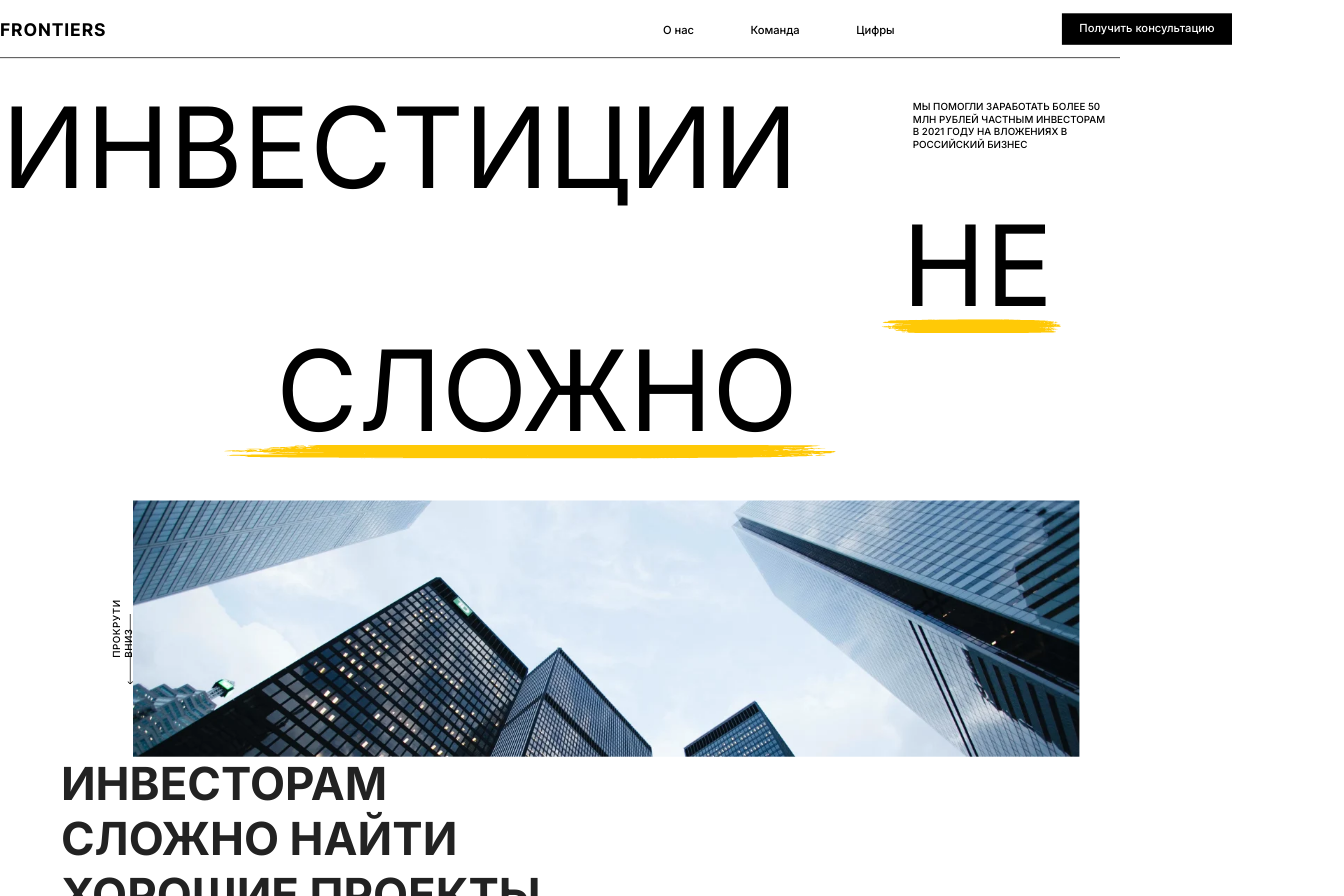
Repository: NadyaKorvin/frontiers
Page: /
An editor plug-in stored every save of this project. The page is shown before and after the next save, followed by the edit.
The browser window is 1280 px wide. The page is 1920 px wide, so the pictures cover 1920 px, including what lies to the right of the window. The pictures show the part of the page from y = 0 to 1280 px (the page is 2633 px tall), at 70% of full size.
The project was rebuilt for these pictures with package versions that can differ from the ones it lists, and the page was loaded fresh each time.

Above is the page before, as saved 2022-05-26 16:47:27.

### public/index.html
<!DOCTYPE html>
<html lang="en">
  <head>
    <meta charset="utf-8" />
    <link rel="icon" href="%PUBLIC_URL%/favicon.ico" />
    <meta name="viewport" content="width=device-width, initial-scale=1" />
    <meta name="theme-color" content="#000000" />
    <meta name="description" content="Web site created using create-react-app" />
    <link rel="apple-touch-icon" href="%PUBLIC_URL%/logo192.png" />
    <link rel="manifest" href="%PUBLIC_URL%/manifest.json" />
    <link rel="preconnect" href="https://fonts.googleapis.com" />
    <link rel="preconnect" href="https://fonts.gstatic.com" crossorigin />
    <link href="https://fonts.googleapis.com/css2?family=Inter:wght@300;400;500;700&display=swap" rel="stylesheet" />
    <title>FRONTIERS</title>
  </head>
  <body>
    <noscript>You need to enable JavaScript to run this app.</noscript>
    <div id="root"></div>
  </body>
</html>

### src/index.js
import React from "react"
import ReactDOM from "react-dom/client"

import App from "./App"

const root = ReactDOM.createRoot(document.getElementById("root"))
root.render(
  <React.StrictMode>
    <App />
  </React.StrictMode>
)

### src/App.js
import { useState } from "react";
import "./App.css";
import { SecondScreenAnimation } from "./components/secondScreen/SecondScreenAnimation";
import FirstScreen from "./components/firstScreen/FirstScreen";
import LastScreen from "./components/lastScreen/LastScreen";

function App() {
  const [mousePosition, setMousePosition] = useState("");

  const listenUpperMousePosition = (event) => {
    console.log(event);
    console.log(event.target);
    setMousePosition(event.target);
  };

  return (
    <>
      <FirstScreen />
      <div className="App">
        <SecondScreenAnimation listenMousePosition={listenUpperMousePosition} />
      </div>
      <LastScreen />
    </>
  );
}
export default App;

### src/App.css
@import url("./reset.css");
@import url("./components/secondScreen/SecondScreen.css");
@import url("./font/font.css");
@import url("./components/firstScreen/FirstScreen.css");
@import url("./components/lastScreen/LastScreen.css");
@import url("./components/button/Button.css");
@import url("./components/form/Form.css");

body {
  font-family: "Inter";
}

### src/components/secondScreen/SecondScreenAnimation.js
export function SecondScreenAnimation({ listenMousePosition, mousePosition }) {
  let goUp = ""
  const goUpBlackLines = (mousePosition) => {
    if (mousePosition === "animation__text_first_part") {
      goUp = "up"
      return goUp
    }
  }
  goUpBlackLines(mousePosition)
  console.log(goUp)
  return (
    <div className="animation__text_block">
      {goUp != "up" ? (
        <div>
          <div className="animation__text" onMouseOver={listenMousePosition}>
            <p className="animation__text_first_part">Инвесторам сложно найти хорошие проекты,</p>
            <p className="animation__text_second_part">а хорошим проектам — инвестиции.</p>
          </div>
          <div className="animation__black_lines">
            <div className="animation__1th_black_line"></div>
            <div className="animation__2th_black_line"></div>
            <div className="animation__3th_black_line"></div>
          </div>
        </div>
      ) : (
        <div>
          <div className="animation__text" onMouseOver={listenMousePosition}>
            <p className="animation__text_first_part" style={{ color: "#fff" }}>
              Инвесторам сложно найти хорошие проекты,
            </p>
            <p className="animation__text_second_part" style={{ color: "#000" }}>
              а хорошим проектам — инвестиции.
            </p>
          </div>
          <div className="animation__black_lines">
            <div className="animation__1th_black_line" style={{ width: "484px", marginTop: "-475px" }}></div>
            <div className="animation__2th_black_line" style={{ width: "586px" }}></div>
            <div className="animation__3th_black_line" style={{ width: "722px" }}></div>
          </div>
        </div>
      )}
    </div>
  )
}

### src/components/firstScreen/FirstScreen.js
import React from "react";
import image from "./image.webp";

export default function firstScreen() {
  const pointer = (
    <svg
      width="8"
      height="101"
      viewBox="0 0 8 101"
      fill="none"
      xmlns="http://www.w3.org/2000/svg"
    >
      <path
        d="M4.35355 100.356C4.15829 100.551 3.84171 100.551 3.64645 100.356L0.464466 97.1735C0.269204 96.9783 0.269204 96.6617 0.464466 96.4664C0.659728 96.2712 0.976311 96.2712 1.17157 96.4664L4 99.2948L6.82843 96.4664C7.02369 96.2712 7.34027 96.2712 7.53553 96.4664C7.7308 96.6617 7.7308 96.9783 7.53553 97.1735L4.35355 100.356ZM3.5 100.002L3.5 0.00195312H4.5L4.5 100.002H3.5Z"
        fill="black"
      />
    </svg>
  );

  return (
    <>
      <section className="firstscreen">
        <header className="firstscreen__header">
          <div className="firstscreen__logotype">FRONTIERS</div>
          <div className="firstscreen__menu">
            <div className="firstscreen__nav">
              <nav className="firstscreen__nav_team">
                <ul>О нас</ul>
                <ul>Команда</ul>
                <ul>Цифры</ul>
              </nav>
            </div>
            <div className="firstscreen__button">
              <p className="firstscreen__text_btn">Получить консультацию</p>
            </div>
          </div>
        </header>
        <div className="firstscreen__content">
          <div className="firstscreen__content_left_text">
            <p>ИНВЕСТИЦИИ</p>
            <div>
              <p>СЛОЖНО</p>
              <div className="firstscreen__content_vector_complex" />
            </div>
          </div>
          <div className="firstscreen__content_rihgt_text">
            <div className="firstscreen__content_rihgt_text_up">
              <p>
                Мы помогли заработать более 50 млн рублей частным инвесторам в
                2021 году на вложениях в российский бизнес
              </p>
            </div>
            <div className="firstscreen__content_rihgt_text_down">
              <p>НЕ</p>
              <div className="firstscreen__content_vector_not" />
            </div>
          </div>
        </div>
        <div className="firstscreen__content_bottom_content">
          <div className="firstscreen__content_bottom_content_left">
            <div className="firstscreen__content_bottom_content_left_scrolldown">
              <p>ПРОКРУТИ ВНИЗ</p>
            </div>
            <div className="firstscreen__content_pointer">{pointer}</div>
          </div>
          <div className="firstscreen__content_bottom_content_right"></div>
          <img src={image} alt="" className="firstscreen__img" />
        </div>
      </section>
    </>
  );
}

### src/components/lastScreen/LastScreen.js
import React from "react";
import Form from "../form/Form"
import LogoKojo from "./LogoKojo"

export default function LastScreen() {
  return (
    <>
      <section className="lastscreen">
        <div className="lastscreen__wrapper">
          <div className="lastscreen__left_content">
            <p>
              ОТПРАВЬТЕ НАМ ЗАЯВКУ НА КОНСУЛЬТАЦИЮ И МЫ ПОДБЕРЕМ ДЛЯ ВАС
              НАИБОЛЕЕ ПОДХОДЯЩУЮ СТРАТЕГИЮ
            </p>
          </div>
          <div className="lastscreen__right_content">
            <div className="lastscreen__text_form">
              <p>ЗАПОЛНИТЕ ФОРМУ И МЫ С ВАМИ СВЯЖЕМСЯ В БЛИЖАЙШЕЕ ВРЕМЯ</p>
            </div>
            <Form />
          </div>
        </div>
        <footer className="lastscreen__footer">
          <div className="lastscreen__contact">
            <p>КОНТАКТЫ</p>
            <p>Санкт-Петербург, Невский пр-кт, 71 (5 этаж)</p>
            <p>+7 000 987 6543</p>
            <p><a href="mailto:info@frontiers.ru" >info@frontiers.ru</a></p>
          </div>
          <div className="lastscreen__design">
            <p>Дизайн и разработка</p>
            <LogoKojo />
          </div>
          <div className="lastscreen__frontiers">
            <p>FRONTIERS</p>
            <p>Политика конфиденциальности</p>
            <p>© 2022 Frontiers Group</p>
          </div>
        </footer>
      </section>
    </>
  );
}

### src/reset.css
html,
body,
div,
span,
applet,
object,
iframe,
h1,
h2,
h3,
h4,
h5,
h6,
p,
blockquote,
pre,
a,
abbr,
acronym,
address,
big,
cite,
code,
del,
dfn,
em,
img,
ins,
kbd,
q,
s,
samp,
small,
strike,
strong,
sub,
sup,
tt,
var,
b,
u,
i,
center,
dl,
dt,
dd,
ol,
ul,
li,
fieldset,
form,
label,
legend,
table,
caption,
tbody,
tfoot,
thead,
tr,
th,
td,
article,
aside,
canvas,
details,
embed,
figure,
figcaption,
footer,
header,
hgroup,
menu,
nav,
output,
ruby,
section,
summary,
time,
mark,
audio,
video {
  margin: 0;
  padding: 0;
  border: 0;
  font-size: 100%;
  font: inherit;
  vertical-align: baseline;
}

:focus {
  outline: 0;
}

article,
aside,
details,
figcaption,
figure,
footer,
header,
hgroup,
menu,
nav,
section {
  display: block;
}

body {
  line-height: 1;
}

ol,
ul {
  list-style: none;
}

blockquote,
q {
  quotes: none;
}

blockquote:before,
blockquote:after,
q:before,
q:after {
  content: "";
  content: none;
}

table {
  border-collapse: collapse;
  border-spacing: 0;
}

input[type="search"]::-webkit-search-cancel-button,
input[type="search"]::-webkit-search-decoration,
input[type="search"]::-webkit-search-results-button,
input[type="search"]::-webkit-search-results-decoration {
  -webkit-appearance: none;
  -moz-appearance: none;
}

input[type="search"] {
  -webkit-appearance: none;
  -moz-appearance: none;
  -webkit-box-sizing: content-box;
  -moz-box-sizing: content-box;
  box-sizing: content-box;
}

textarea {
  overflow: auto;
  vertical-align: top;
  resize: vertical;
}

[hidden] {
  display: none;
}

html {
  font-size: 100%; /* 1 */
  -webkit-text-size-adjust: 100%; /* 2 */
  -ms-text-size-adjust: 100%; /* 2 */
}

a:focus {
  outline: thin dotted;
}

a:active,
a:hover {
  outline: 0;
}

img {
  border: 0;
  -ms-interpolation-mode: bicubic;
}

figure {
  margin: 0;
}

form {
  margin: 0;
}

fieldset {
  border: 1px solid #c0c0c0;
  margin: 0 2px;
  padding: 0.35em 0.625em 0.75em;
}

legend {
  border: 0; /* 1 */
  padding: 0;
  white-space: normal; /* 2 */
  *margin-left: -7px; /* 3 */
}

button,
input,
select,
textarea {
  font-size: 100%; /* 1 */
  margin: 0; /* 2 */
  vertical-align: baseline; /* 3 */
  *vertical-align: middle; /* 3 */
}

button,
input {
  line-height: normal;
}

button,
select {
  text-transform: none;
}

button,
html input[type="button"], /* 1 */
input[type="reset"],
input[type="submit"] {
  -webkit-appearance: button; /* 2 */
  cursor: pointer; /* 3 */
  *overflow: visible; /* 4 */
}

button[disabled],
html input[disabled] {
  cursor: default;
}

input[type="checkbox"],
input[type="radio"] {
  box-sizing: border-box; /* 1 */
  padding: 0; /* 2 */
  *height: 13px; /* 3 */
  *width: 13px; /* 3 */
}

input[type="search"] {
  -webkit-appearance: textfield; /* 1 */
  -moz-box-sizing: content-box;
  -webkit-box-sizing: content-box; /* 2 */
  box-sizing: content-box;
}

input[type="search"]::-webkit-search-cancel-button,
input[type="search"]::-webkit-search-decoration {
  -webkit-appearance: none;
}

button::-moz-focus-inner,
input::-moz-focus-inner {
  border: 0;
  padding: 0;
}

textarea {
  overflow: auto; /* 1 */
  vertical-align: top; /* 2 */
}

table {
  border-collapse: collapse;
  border-spacing: 0;
}

html,
button,
input,
select,
textarea {
  color: #222;
}

::-moz-selection {
  background: #b3d4fc;
  text-shadow: none;
}

::selection {
  background: #b3d4fc;
  text-shadow: none;
}

img {
  vertical-align: middle;
}

fieldset {
  border: 0;
  margin: 0;
  padding: 0;
}

textarea {
  resize: vertical;
}

.chromeframe {
  margin: 0.2em 0;
  background: #ccc;
  color: #000;
  padding: 0.2em 0;
}

### src/components/secondScreen/SecondScreen.css
.second__screen {
  display: flex;
  justify-content: space-between;
  margin: 0 auto;
  margin-top: 174px;
  /* придкмать решение сделать по центру*/
  display: flex;
  width: 1600px;
  height: 733px;
}

.animation__text_block {
  display: block;
  margin-left: 87px;
}

.animation__text_first_part,
.animation__text_second_part {
  width: 770px;
  text-transform: uppercase;
  font-size: 65px;
  font-weight: 700;
  line-height: 79px;
  transition: 0.6s ease-out;
}

.animation__text_second_part {
  color: #fff;
}

.animation__black_lines {
  margin-left: -10px;
  margin-top: -236px;
}

.animation__1th_black_line {
  margin-bottom: 5px;
  height: 75px;
  width: 444px;
  background-color: #000;
  transition: 0.6s ease-out;
}

.animation__2th_black_line {
  margin-bottom: 5px;
  height: 75px;
  width: 475px;
  background-color: #000;
  transition: 0.6s ease-out;
}
.animation__3th_black_line {
  height: 75px;
  width: 502px;
  background-color: #000;
  transition: 0.6s ease-out;
}

.right__part {
  display: flex;
  margin-left: 190px;
  flex-direction: column;
}

.conversation__image {
  margin-right: 222px;
  display: block;
  width: 400px;
  height: 400px;
  background: url("../secondScreen/people.png");
}

.decoration_marks {
  margin-top: -110px;
  transform: rotate(-180deg);
  font-size: 200px;
  font-weight: 300;
}

.text_paragraph {
  margin-left: 90px;
  width: 431px;
  font-size: 18px;
  font-weight: 400;
  line-height: 23px;
  text-transform: uppercase;
  line-height: 130%;
}

### src/font/font.css
@font-face {
  font-family: "Inter";
  src:
    url("./Inter-Bold.ttf") format("truetype")
    url("./Inter-Bold.woff2") format("woff2"),
    url("./Inter-Bold.woff") format("woff");
  font-weight: 700;
  font-style: normal;
  font-stretch: normal;
  unicode-range: U+0020-E0D0;
}

@font-face {
  font-family: "Inter";
  src:
    url("./Inter-Regular.woff2") format("woff2"),
    url("./Inter-Regular.ttf") format("truetype")
    url("./Inter-Regular.woff") format("woff");
  font-weight: 400;
  font-style: normal;
  font-stretch: normal;
  unicode-range: U+0020-E0D0;
}

@font-face {
    font-family:'Inter Medium';
    src:
        url("./Inter-Medium.ttf") format("truetype")
        url('Inter-Medium.woff2') format('woff2'),
		url('Inter-Medium.woff') format('woff');
    font-weight: 500;
    font-style: normal;
    font-stretch: normal;
    unicode-range: U+0020-E0D0;
}

@font-face {
    font-family:'Inter Light';
    src:
        url("./Inter-Light.ttf") format("truetype")
        url('Inter-Light.woff2') format('woff2'),
		url('Inter-Light.woff') format('woff');
    font-weight: 300;
    font-style: normal;
    font-stretch: normal;
    unicode-range: U+0020-E0D0;
}

### src/components/firstScreen/FirstScreen.css
.firstscreen {
  height: 1080px;
}

.firstscreen__header {
  width: 1600px;
  height: 82px;
  margin: 0 auto;
  border-bottom: 1px solid #000000;
  display: flex;
  justify-content: space-between;
}

.firstscreen__logotype {
  width: 151px;
  height: 30px;
  padding-top: 27px;
  font-family: "Inter";
  font-style: normal;
  font-weight: 700;
  font-size: 25px;
  line-height: 30px;
  letter-spacing: 0.05em;
  color: #000000;
}

.firstscreen__menu {
  padding-top: 33px;
  width: 653px;
  display: flex;
  justify-content: space-between;
}

.firstscreen__nav {
  width: 331px;
}

.firstscreen__nav_team {
  display: flex;
  justify-content: space-between;

  font-family: "Inter";
  font-style: normal;
  font-weight: 500;
  font-size: 16px;
  line-height: 19px;

  color: #000000;
}

.firstscreen__button {
  position: absolute;
  width: 243px;
  height: 45px;
  left: 1517px;
  top: 19px;
  background: #000000;
}

.firstscreen__text_btn {
  padding-top: 12px;
  padding-bottom: 12px;
  font-family: "Inter";
  font-style: normal;
  font-weight: 500;
  font-size: 16px;
  line-height: 19px;
  text-align: center;
  color: #ffffff;
}

.firstscreen__content {
  margin: 0 auto;
  width: 1600px;
  margin-top: 30px;
  display: flex;
}

.firstscreen__content_left_text {
  width: 1140px;
  height: 542px;
  display: flex;
  flex-direction: column;
  justify-content: space-between;
  text-align: end;
  font-family: "Inter";
  font-style: normal;
  font-weight: 400;
  font-size: 160px;
  line-height: 194px;
  text-transform: uppercase;
  color: #000000;
}

.firstscreen__content_vector_complex {
  margin-top: -20px;
  margin-left: 320px;
  width: 874px;
  height: 20px;
  background: url("./complex.svg");
}

.firstscreen__content_rihgt_text {
  margin-top: 30px;
  margin-left: 164px;
  width: 279px;
  height: 332px;
}

.firstscreen__content_rihgt_text_up {
  font-family: "Inter";
  font-style: normal;
  font-weight: 500;
  font-size: 14px;
  line-height: 130%;
  text-transform: uppercase;
  color: #000000;
}

.firstscreen__content_rihgt_text_down {
  margin-top: 66px;
  margin-left: -15px;
  width: 215px;
  height: 194px;
  font-family: "Inter";
  font-style: normal;
  font-weight: 400;
  font-size: 160px;
  line-height: 194px;
  text-transform: uppercase;
  color: #000000;
}

.firstscreen__content_vector_not {
  margin-top: -20px;
  margin-left: -30px;
  width: 256px;
  height: 20px;
  background: url(./not.svg);
}

.firstscreen__content_bottom_content {
  margin-top: 60px;
  margin-left: 160px;
  display: flex;
  justify-content: space-between;
}

.firstscreen__content_bottom_content_left {
  display: flex;
}

.firstscreen__content_bottom_content_left_scrolldown {
  margin-left: 139px;
  font-family: "Inter";
  font-style: normal;
  font-weight: 500;
  font-size: 14px;
  line-height: 17px;
  letter-spacing: 0.05em;
  color: #000000;
  transform: rotate(-90deg);
}

.firstscreen__content_pointer {
  margin-top: 162px;
  margin-left: -200px;
}

.firstscreen__img {
  width: 1352px;
  height: 366px;
}

### src/components/lastScreen/LastScreen.css
.lastscreen {
  width: 1920px;
  height: 1080px;
}

.lastscreen__wrapper {
  position: relative;
  top: 109px;
  left: 170px;
  display: flex;
  justify-content: space-between;
  width: 1590px;
  height: 553px;
}

.lastscreen__left_content {
  position: relative;
  width: 775px;
  height: 553px;
  box-sizing: border-box;
  font-family: "Inter";
  font-style: normal;
  font-weight: 700;
  font-size: 65px;
  line-height: 79px;
  text-transform: uppercase;
  color: #000000;
}

.lastscreen__right_content {
  position: relative;
  width: 529px;
  height: 553px;
}

.lastscreen__text_form {
  width: 529px;
  height: 46px;
  left: 1231px;
  top: 4438px;
  font-family: "Inter";
  font-style: normal;
  font-weight: 400;
  font-size: 18px;
  line-height: 130%;
  text-transform: uppercase;
  color: #000000;
}

.lastscreen__footer {
  position: relative;
  margin: 308px 160px 0;
  width: 1600px;
  border-top: 1px solid #000000;
  bottom: 0px;
  display: flex;
  justify-content: space-between;
}

.lastscreen__contact {
  width: 357px;
}

.lastscreen__contact > p:nth-child(1) {
  padding: 33px 0 20px;
  font-family: "Inter";
  font-style: normal;
  font-weight: 700;
  font-size: 25px;
  line-height: 30px;
  color: #000000;
}

.contact > p:nth-child(2),
.contact > p:nth-child(3),
.contact > p:nth-child(4) {
  padding-bottom: 15px;
}

.design {
  padding-top: 150px;
  width: 260px;
  display: flex;
  margin-left: -80px;
  justify-content: space-between;
}

.frontiers {
  width: 250px;
  text-align: end;
}

.lastscreen__frontiers > p:nth-child(1) {
    padding: 30px 0 57px;
    font-family: "Inter";
    font-style: normal;
    font-weight: 700;
    font-size: 25px;
    line-height: 30px;
    color: #000000;
  }

.lastscreen__frontiers > p:nth-child(2),
.lastscreen__frontiers > p:nth-child(3) {
    padding-bottom: 15px;
}

a {
    text-decoration: none;
    color: #000000;
}

### src/components/button/Button.css
.form__button {
  position: relative;
  display: block;
  width: 243px;
  height: 55px;
  font-family: "Inter";
  font-size: 16px;
  background-color: #000000;
  border: 0;
  text-align: center;
  cursor: pointer;
  font-family: "Inter";
  font-style: normal;
  font-weight: 500;
  font-size: 16px;
  line-height: 19px;
  color: #ffffff;
}

### src/components/form/Form.css
.form {
  margin-top: 60px;
  width: 529px;
  height: 355px;
  border-top: 1px solid #d1d1d1;
}

.form__input,
.form__textarea {
  width: 529px;
  height: 80px;
  border: 0;
  outline: none;
  font-size: 18px;
  color: #000000;
  text-transform: uppercase;
}

.form__textarea {
  height: 80px;
  line-height: 80px;
  overflow: hidden;
  /* resize: none; */
}

.form__borders {
  border-bottom: 1px solid #d1d1d1;
}

.form__consent {
  display: -webkit-box;
  display: -ms-flexbox;
  display: flex;
  margin: 30px 0 0;
}

.form__policy_text {
  margin-top: 15px;
  margin-left: 15px;
  width: 250px;
  height: 40px;
  box-sizing: border-box;
  font-family: "Inter";
  font-style: normal;
  font-weight: 400;
  font-size: 13px;
  line-height: 150%;
  color: #787878;
}

.form__checkbox {
  opacity: 0;
  width: 0;
}

.form__checkfake {
  margin: 15px 0;
  display: block;
  width: 15px;
  height: 15px;
  border: 1px solid #1f1f1f;
  cursor: pointer;
}

.form__checkfake::before {
  content: "";
  position: absolute;
  display: block;
  width: 14px;
  height: 14px;
  background: url("./checkmark.svg");
  opacity: 0;
}

.form__checkbox:checked + .form__checkfake::before {
  opacity: 1;
}

.form__focus {
  text-transform: uppercase;
  color: #ff0000;
  margin-bottom: 10px;
  font-size: 13px;
}

.form__focus_consent {
  position: relative;
  top: 10px;
  text-transform: uppercase;
  color: #ff0000;
  font-size: 13px;
}

.form__btn {
    margin-top: 14px;
  position: relative;
  overflow: hidden;
}

### src/components/button/Button.js
import React from "react";

export default function Button({ title }) {
  return (
    <>
      <button className="form__button" >
        {title}
      </button>
    </>
  );
}

Loaded but not shown: src/components/lastScreen/LogoKojo.js (76 lines, source omitted); src/components/form/Form.js (142 lines, source omitted)

After the next save:
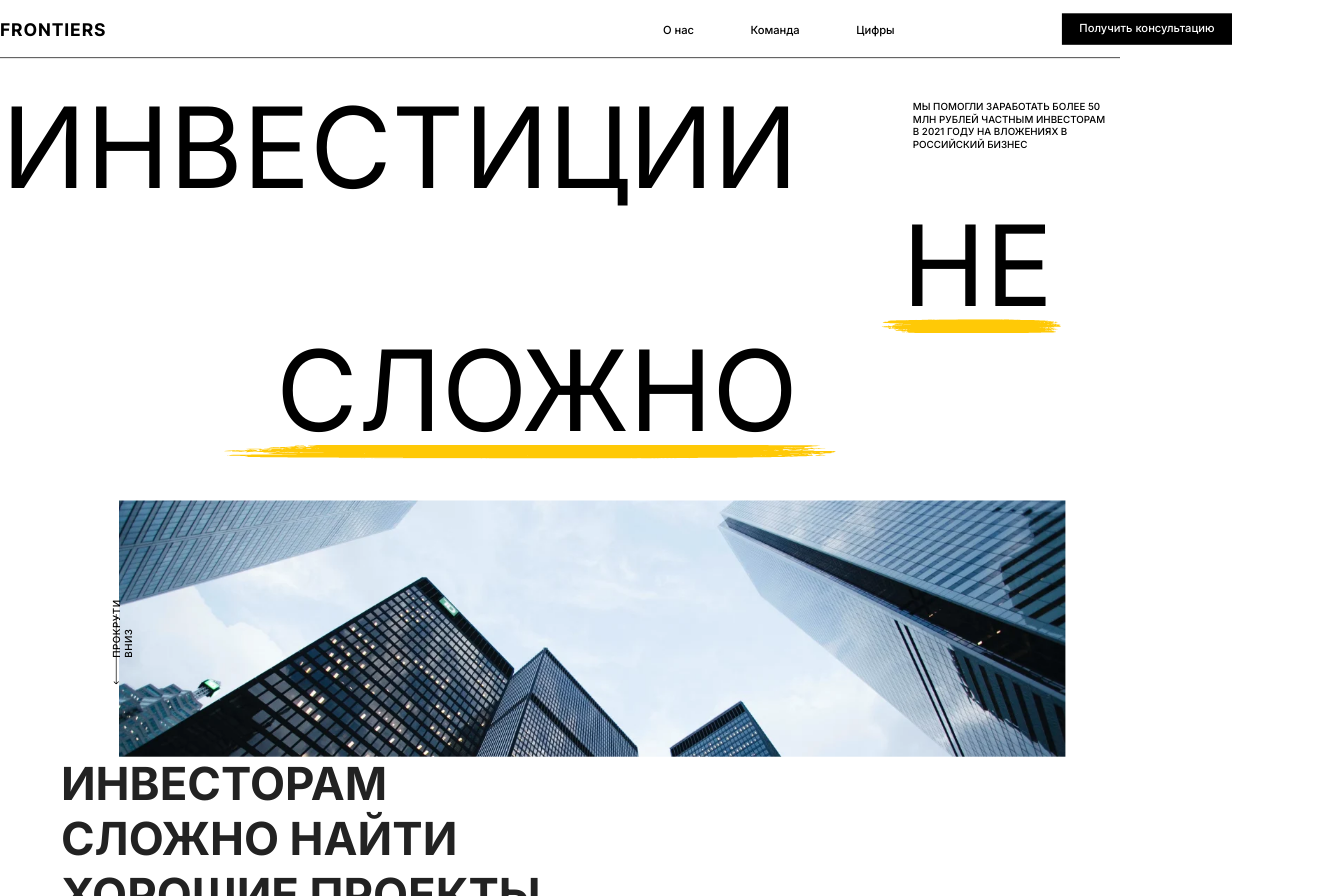
Saved 17 s later.
--- a/src/components/firstScreen/FirstScreen.css
+++ b/src/components/firstScreen/FirstScreen.css
@@ -164,7 +164,7 @@
 
 .firstscreen__content_pointer {
   margin-top: 162px;
-  margin-left: -200px;
+  margin-left: -220px;
 }
 
 .firstscreen__img {
